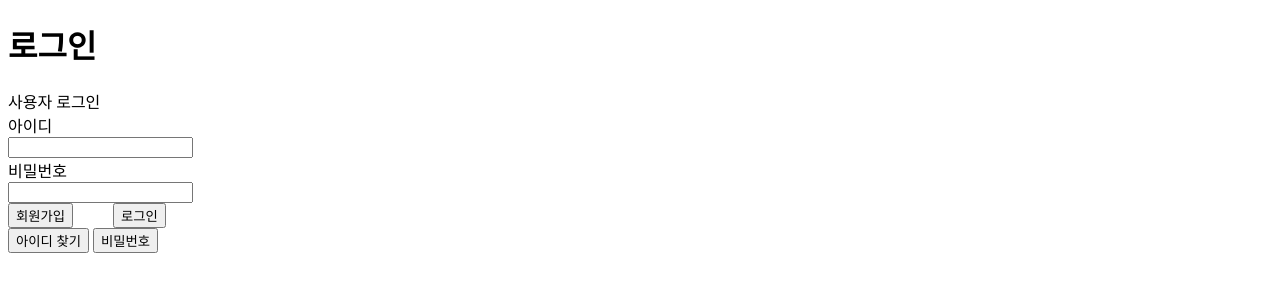
Repository: MeGuuuun/-_TableJava
Page: http://localhost/kimbanbagi/login.jsp
The author's editor kept a copy of each file at every save. The page is drawn from the files as they stood at one save, then again after the next save.
The browser window is 1280 px wide. The pictures show the whole page.
The page is served by Tomcat 10. Other server files are loaded and not shown.

Above is the page before, as saved 2024-06-05 10:06:23.

### tableJava/kimbanbagi/WebContent/login.jsp
<%@ page language="java" contentType="text/html; charset=utf-8"
    pageEncoding="utf-8"%>
<!DOCTYPE html>
<html>
<head>
<meta charset="utf-8">
<title>Insert title here</title>
</head>
<body>
<form action="login" method="post">
<h1>로그인</h1>
사용자 로그인<br>
아이디 <br>
<input type="text" name="user_id"><br>
비밀번호 <br>
<input type="text" name="user_pwd"> <br>
<button>회원가입</button> &ensp; &ensp; &ensp;
<input type="submit" value="로그인"> <br>
<button onclick="location.href='findID.jsp'">아이디 찾기</button>
<button onclick="location.href='findPW.jsp'">비밀번호</button>
</form>
</body>
</html>

After the next save:
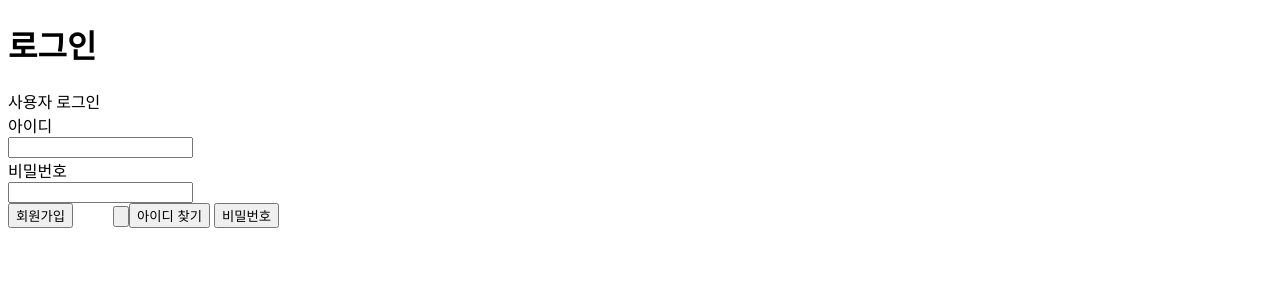
Saved 92 s later.
--- a/tableJava/kimbanbagi/WebContent/login.jsp
+++ b/tableJava/kimbanbagi/WebContent/login.jsp
@@ -15,7 +15,7 @@
 비밀번호 <br>
 <input type="text" name="user_pwd"> <br>
 <button>회원가입</button> &ensp; &ensp; &ensp;
-<input type="submit" value="로그인"> <br>
+<button type="submit" value="로그인"> <br>
 <button onclick="location.href='findID.jsp'">아이디 찾기</button>
 <button onclick="location.href='findPW.jsp'">비밀번호</button>
 </form>
